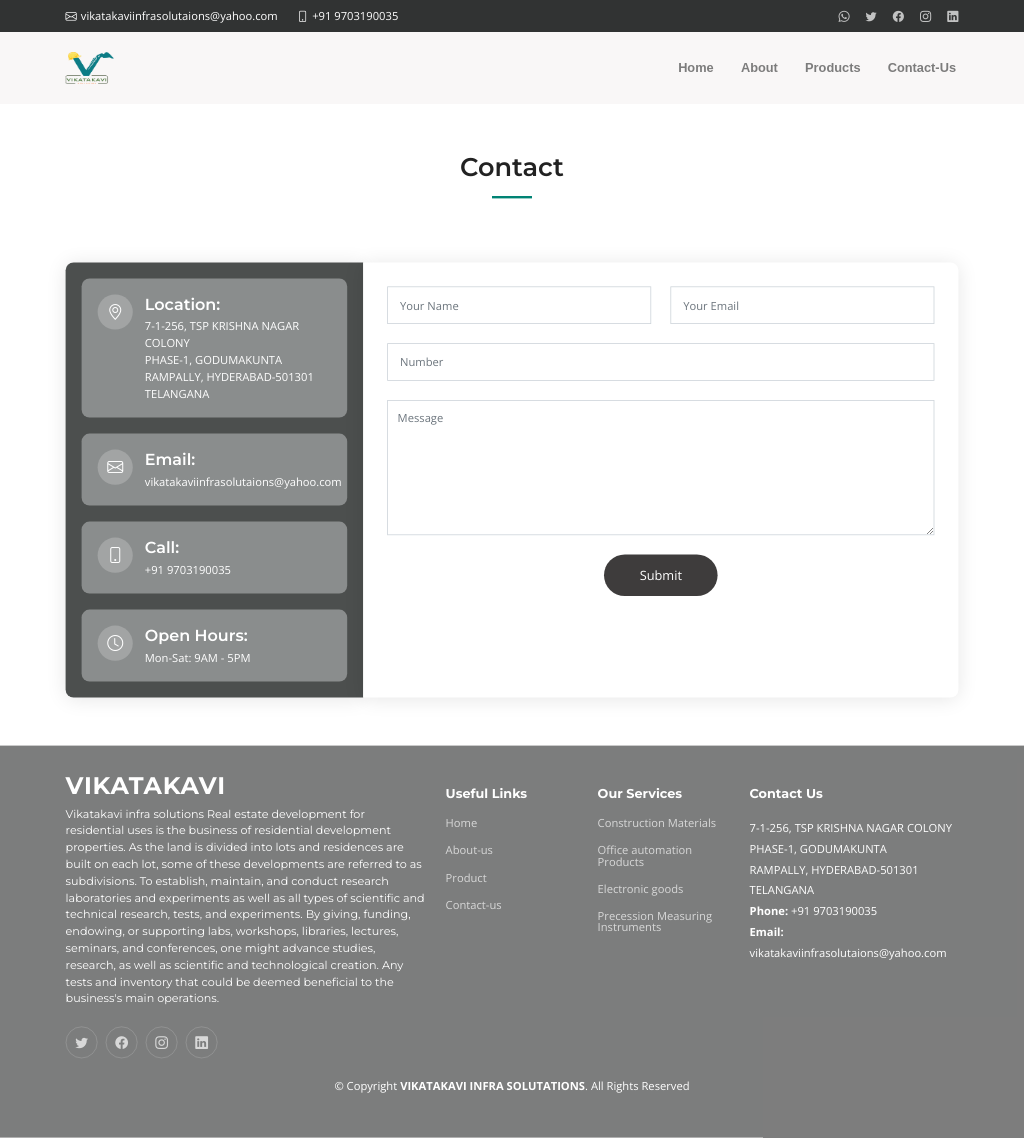
Repository: subhasissahoo181/vikatakavi
Page: Vikatikavi/src/main/webapp/contact.html
These files come from the project's save history. The page is drawn as it stood at one moment and after the next save; the edit follows.
The browser window is 1280 px wide. The pictures show the whole page, at 80% of full size.
Some web fonts or font styles are not loaded; a fallback is used.

Above is the page before, as saved 2023-03-26 14:11:17.

After the next save:
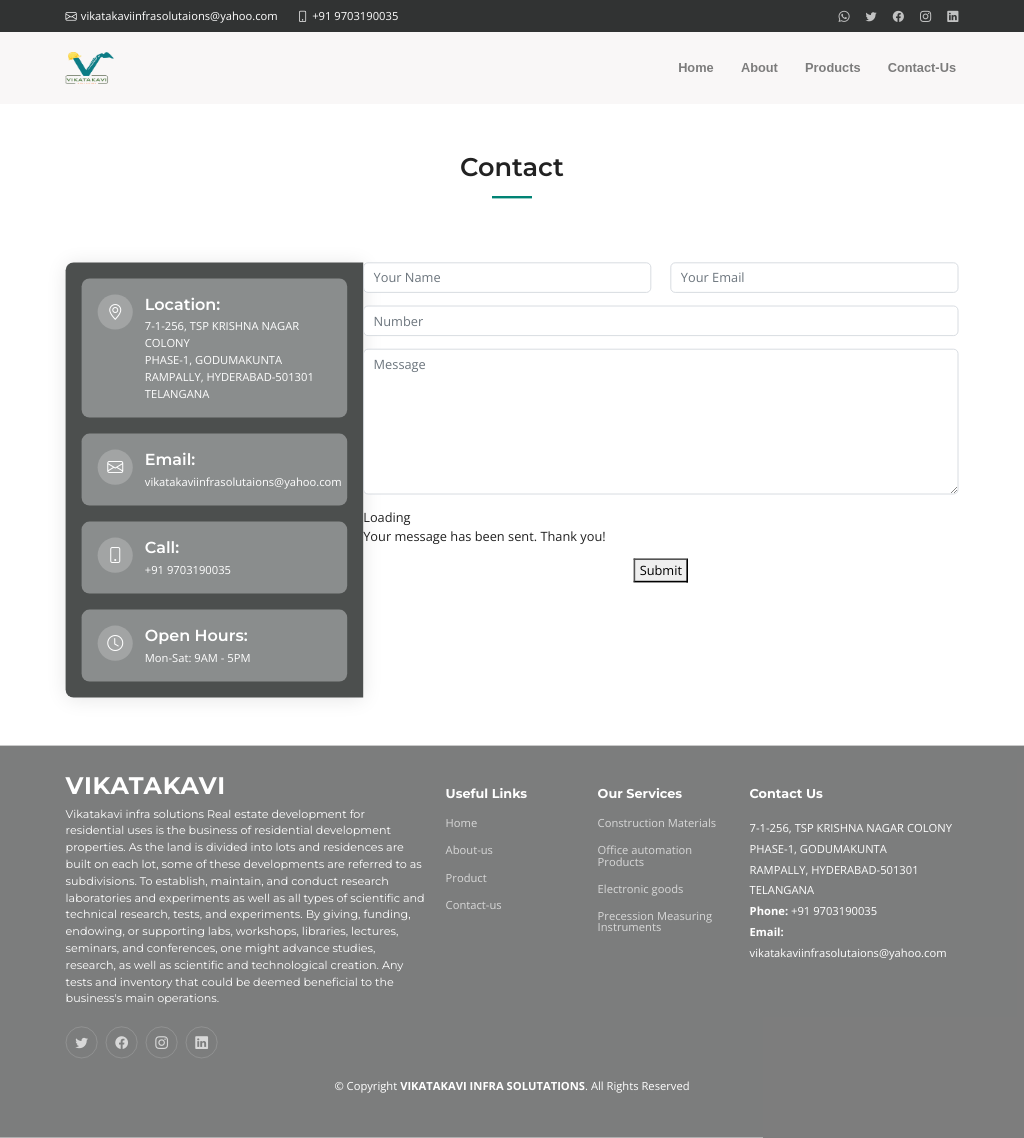
Saved 2 min 35 s later.
--- a/Vikatikavi/src/main/webapp/contact.html
+++ b/Vikatikavi/src/main/webapp/contact.html
@@ -130,7 +130,7 @@
             </div>
 
             <div class="col-lg-8">
-              <form action="contactus" method="post" role="form" class="php-email-form">
+              <form action="contactus" method="post" role="form" >
                 <div class="row">
                   <div class="col-md-6 form-group">
                     <input type="text" name="name" class="form-control" id="name" placeholder="Your Name" required>

After the save that followed:
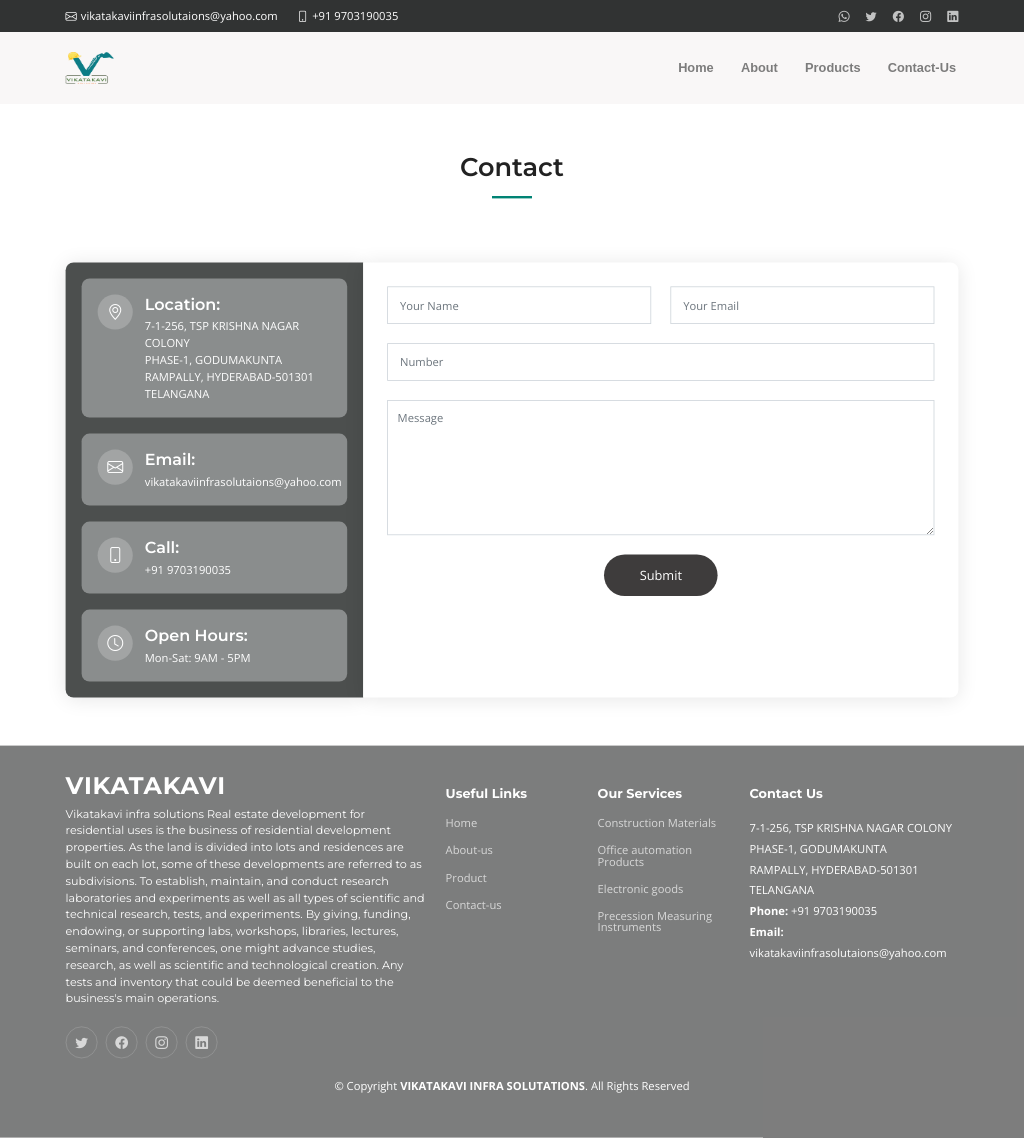
Saved 69 s later.
--- a/Vikatikavi/src/main/webapp/contact.html
+++ b/Vikatikavi/src/main/webapp/contact.html
@@ -130,7 +130,7 @@
             </div>
 
             <div class="col-lg-8">
-              <form action="contactus" method="post" role="form" >
+              <form action="contactus" method="post" role="form" class="php-email-form">
                 <div class="row">
                   <div class="col-md-6 form-group">
                     <input type="text" name="name" class="form-control" id="name" placeholder="Your Name" required>
